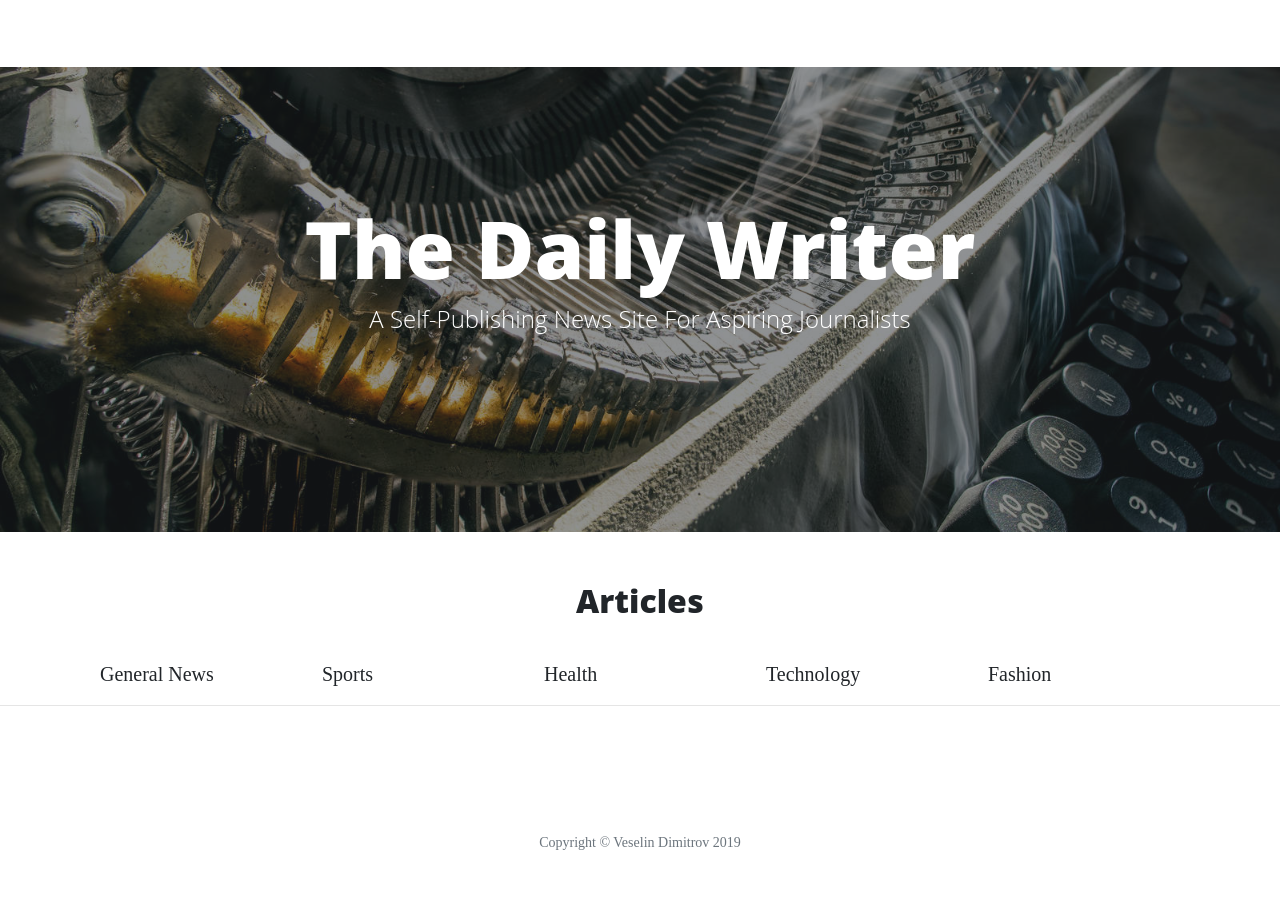
Repository: Vesss/Blog-Project
Page: http://localhost/articles
The author's editor kept a record of every edit. The page is drawn from the files as they stood at one moment, then again after the next edit.
The browser window is 1280 px wide. The pictures show the whole page.
The page is served by the project's application, run on Flask 3 (app.py). Other server files are loaded and not shown.

Above is the page before.

### templates/articles.html
{% extends 'base.html' %}
{% block content %}
<div class="container">
    <div class="row justify-content-center">
        <h2>Articles</h2>
    </div>
    <br />
    <div class="row justify-content-center">
        <div class="col">General News</div>
        <div class="col">Sports</div>
        <div class="col">Health</div>
        <div class="col">Technology</div>
        <div class="col">Fashion</div>
    </div>
</div>
{% endblock %}

### templates/base.html
<!DOCTYPE html>
<html lang="en">
<head>
    <meta charset="UTF-8">
    <meta name="viewport" content="width=device-width, initial-scale=1.0">
    <meta http-equiv="X-UA-Compatible" content="ie=edge">
    <link rel="stylesheet" href="{{ url_for('static', filename='vendor/bootstrap/css/bootstrap.min.css') }}" type="text/css" />
    <link rel="stylesheet" href="{{ url_for('static', filename='css/clean-blog.min.css') }}" type="text/css" />
    <link rel="stylesheet" href="{{ url_for('static', filename='css/style.css') }}" type="text/css" />
    <title>The Daily Writer</title>
</head>
<body>
    <nav class="navbar navbar-expand-lg navbar-light fixed-top" id="mainNav">
    <div class="container">
      <a class="navbar-brand" href="{{ url_for('index') }}">The Daily Writer</a>
      <button class="navbar-toggler navbar-toggler-right" type="button" data-toggle="collapse" data-target="#navbarResponsive" aria-controls="navbarResponsive" aria-expanded="false" aria-label="Toggle navigation">
        Menu
        <i class="fas fa-bars"></i>
      </button>
      <div class="collapse navbar-collapse" id="navbarResponsive">
        <ul class="navbar-nav ml-auto">
          <li class="nav-item">
            <a class="nav-link" href="{{ url_for('index') }}">Home</a>
          </li>
          <li class="nav-item">
            <a class="nav-link" href="{{ url_for('about') }}">About</a>
          </li>
          <li class="nav-item">
            <a class="nav-link" href="{{ url_for('post') }}">Post</a>
          </li>
          <li class="nav-item">
            <a class="nav-link" href="{{ url_for('contact') }}">Contact Us</a>
          </li>
          <li class="nav-item">
            <a class="nav-link" href="{{ url_for('articles') }}">Articles</a>
          </li>
        </ul>
      </div>
    </div>
  </nav>

  <!-- Page Header -->
  <header class="masthead" style="background-image: url('{{ url_for('static', filename='img/the_engine_of_history.jpg') }}')">
    <div class="overlay"></div>
    <div class="container">
      <div class="row">
        <div class="col-lg-8 col-md-10 mx-auto">
          <div class="site-heading">
            <h1>The Daily Writer</h1>
            <span class="subheading">A Self-Publishing News Site For Aspiring Journalists</span>
          </div>
        </div>
      </div>
    </div>
  </header>

  <!-- Main Content -->
  <div class="container">

    {% block content %}
    {% endblock %}

  </div>

  <hr>

  <!-- Footer -->
  <footer>
    <div class="container">
      <div class="row">
        <div class="col-lg-8 col-md-10 mx-auto">
          <ul class="list-inline text-center">
            <li class="list-inline-item">
              <a href="#">
                <span class="fa-stack fa-lg">
                  <i class="fas fa-circle fa-stack-2x"></i>
                  <i class="fab fa-twitter fa-stack-1x fa-inverse"></i>
                </span>
              </a>
            </li>
            <li class="list-inline-item">
              <a href="#">
                <span class="fa-stack fa-lg">
                  <i class="fas fa-circle fa-stack-2x"></i>
                  <i class="fab fa-facebook-f fa-stack-1x fa-inverse"></i>
                </span>
              </a>
            </li>
            <li class="list-inline-item">
              <a href="#">
                <span class="fa-stack fa-lg">
                  <i class="fas fa-circle fa-stack-2x"></i>
                  <i class="fab fa-github fa-stack-1x fa-inverse"></i>
                </span>
              </a>
            </li>
          </ul>
          <p class="copyright text-muted">Copyright &copy; Veselin Dimitrov 2019</p>
        </div>
      </div>
    </div>
  </footer>

  <!-- Bootstrap core JavaScript -->
  <script src="{{ url_for('static', filename='vendor/jquery/jquery.min.js') }}"></script>
  <script src="{{ url_for('static', filename='vendor/bootstrap/js/bootstrap.bundle.min.js') }}"></script>

  <!-- Custom scripts for this template -->
  <script src="{{ url_for('static', filename='js/clean-blog.min.js') }}"></script>

</body>
</html>

### app.py
import os
from flask import Flask, render_template, redirect, request, url_for
from flask_pymongo import PyMongo
from bson.objectid import ObjectId
from flask_mail import Mail
from flask_mail import Message


app = Flask(__name__)

app.config["MONGO_DBNAME"] = "blog_project"
app.config["MONGO_URI"] = "mongodb+srv://root:maniac93@myfirstcluster-ilypv.mongodb.net/blog_project?retryWrites=true&w=majority"
app.config["DEBUG"] = True
app.config["TESTING"] = False
app.config["MAIL_SERVER"] = "smtp.gmail.com"
app.config["MAIL_PORT"] = 587
app.config["MAIL_USE_TLS"] = True
app.config["MAIL_USE_SSL"] = False
# app.config["MAIL_DEBUG"] = True
app.config["MAIL_USERNAME"] = None
app.config["MAIL_PASSWORD"] = None
app.config["MAIL_DEFAULT_SENDER"] = "blitzermann4@gmail.com"
app.config["MAIL_MAX_EMAILS"] = 5
app.config["MAIL_SUPPRESS_SEND"] = False
app.config["MAIL_ASCII_ATTACHMENTS"] = False

mail = Mail(app)

mongo = PyMongo(app)

@app.route("/")
def index():
    return render_template("index.html")

@app.route("/about")
def about():
    return render_template("about.html", about=mongo.db.about_information.find())

@app.route("/contact")
def contact():
    return render_template("contact.html")

@app.route("/post", methods=["GET", "POST"])
def post():
	if request.method == 'POST':
		#get all the data sent up
		data = request.form.to_dict()
		#print it out to see it got sent properly
		print(data)
		# will look at adding to database next if data is sent up ok

		# dict to store new entry to database
		# will need to use keys you have in collection .. i named them title category etc
		new_item = {
			'title': request.form.get('title'),
# 			'category': request.form.get('category'),
# 			'url': request.form.get('url'),
# 			'content': request.form.get('content')
		}
		# need to get the category so can create the database string below
# 		category=request.form.get('category')

		# this should insert into the right collection eg sport health
		# if not will have to use if statements or switch
# 		mongo.db["sports"].insert_one(new_item)

		return render_template('post.html')
	else:
		return render_template('post.html')

# @app.route("/add_article")
# def add_article():

@app.route("/articles")
def articles():
    return render_template("articles.html")

@app.route("/send", methods=["GET", "POST"])
def send():
    msg = Message("Hi there", recipients=["ves.dimitrov121@gmail.com"])
    mail.send(msg)
    if request.method == "POST":
        return 'Form posted.'
    elif request.method == "GET":
        return render_template('contact.html')


if __name__ == "__main__":
    app.run(host=os.environ.get("IP"),
            port=int(os.environ.get("PORT")),
            debug=True)

### static/css/style.css
.contact-form{
    background:rgba(0,0,0, .3);
    color:white;
    margin-top: 100px;
    padding: 20px;
    box-shadow: 0px 0px 10px 3px grey;
}

hr {
    background: white;
}

Loaded but not shown: static/css/clean-blog.min.css (library); static/js/clean-blog.min.js (common file)

After the next edit:
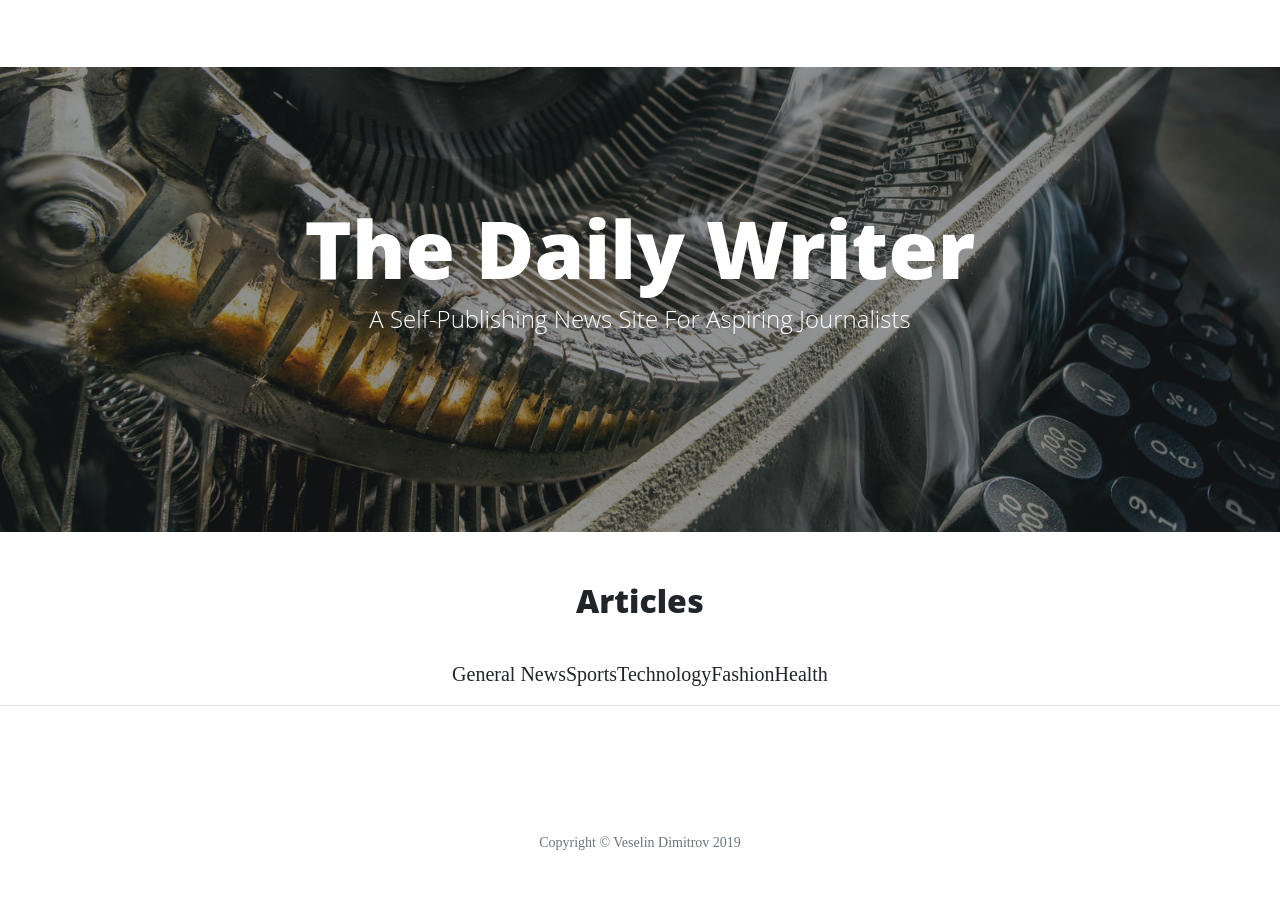
The edit:
--- a/templates/articles.html
+++ b/templates/articles.html
@@ -6,11 +6,11 @@
     </div>
     <br />
     <div class="row justify-content-center">
-        <div class="col">General News</div>
-        <div class="col">Sports</div>
-        <div class="col">Health</div>
-        <div class="col">Technology</div>
-        <div class="col">Fashion</div>
+        <a href="">General News</a>
+        <a href="">Sports</a>
+        <a href="">Technology</a>
+        <a href="">Fashion</a>
+        <a href="">Health</a>
     </div>
 </div>
 {% endblock %}
